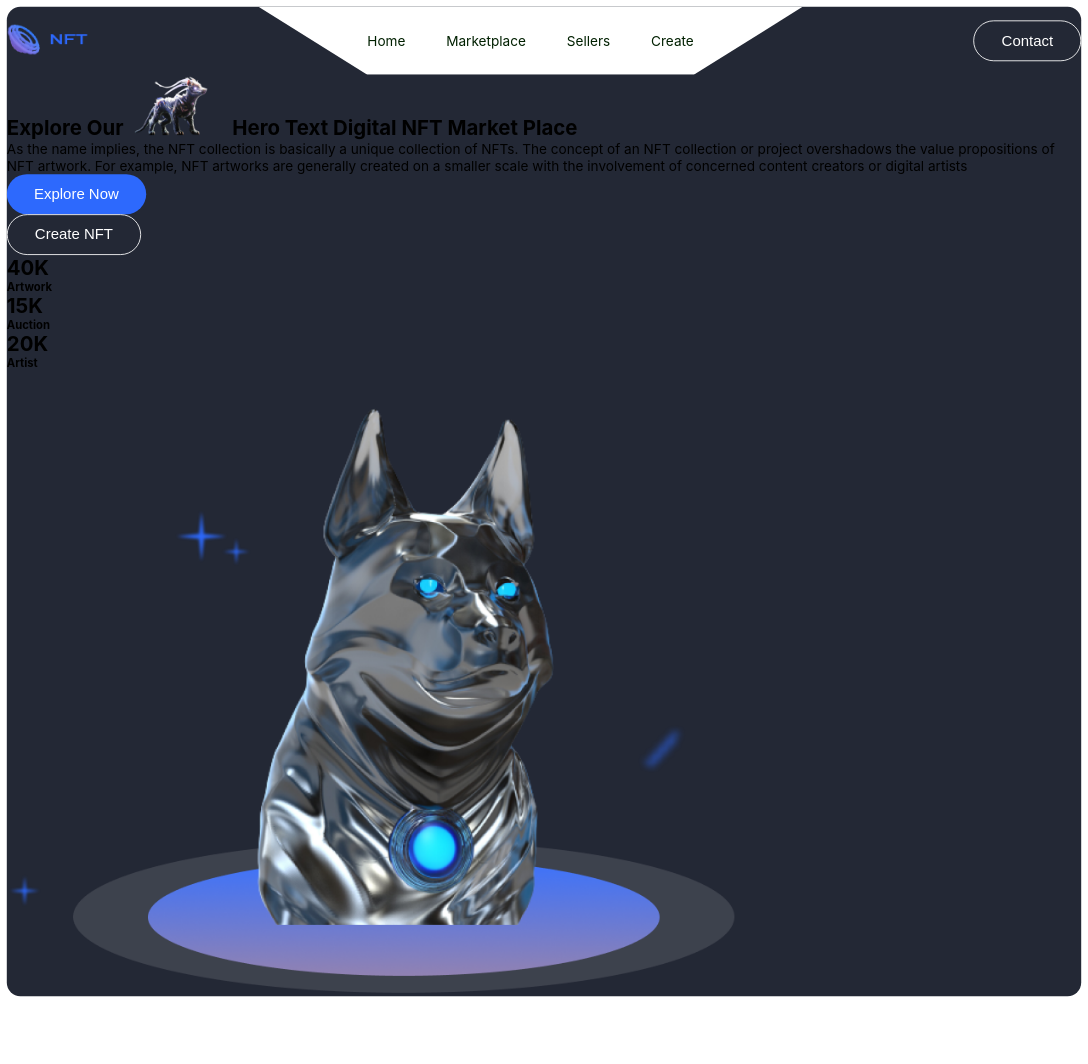
Repository: Ellisvelandia/NFT
Page: /
The author's editor kept a copy of each file at every save. The page is drawn from the files as they stood at one save, then again after the next save.
The browser window is 1280 px wide. The pictures show the whole page, at 85% of full size.
The project was rebuilt for these pictures with package versions that can differ from the ones it lists, and the page was loaded fresh each time.

Above is the page before, as saved 2022-08-21 15:16:17.

### src/index.css
* {
  margin: 0;
  padding: 0;
  box-sizing: border-box;
}

body {
  margin: 0;
  font-family: -apple-system, BlinkMacSystemFont, "Segoe UI", "Roboto", "Oxygen",
    "Ubuntu", "Cantarell", "Fira Sans", "Droid Sans", "Helvetica Neue",
    sans-serif;
  -webkit-font-smoothing: antialiased;
  -moz-osx-font-smoothing: grayscale;
}

html {
  scroll-behavior: smooth;
}

### src/App.js
import React from 'react'
import Home from './components/Home'

export default function App() {
  return (
    <div>
      <Home/>
    </div>
  )
}

### src/components/Home.jsx
import React from "react";
import Navbar from "./Navbar";
import styled from "styled-components";
import hero from "../assets/hero.png";
import heroText from "../assets/heroText.png";
import Button from "./Button";

export default function Home() {
  return (
    <Section>
      <Navbar />
      <div className="ellipse"></div>
      <div className="container">
        <div className="content">
          <h1>
            Explore Our
            <span>
              <img src={heroText} alt="hero text" />
            </span>
            Hero Text Digital NFT Market Place
          </h1>
          <p>
            As the name implies, the NFT collection is basically a unique
            collection of NFTs. The concept of an NFT collection or project
            overshadows the value propositions of NFT artwork. For example, NFT
            artworks are generally created on a smaller scale with the
            involvement of concerned content creators or digital artists
          </p>
          <div className="buttons">
            <Button blue text="Explore Now" />
            <Button text="Create NFT" />
          </div>
          <div className="data">
            <div className="dataTab">
              <h2>40K</h2>
              <h5>Artwork</h5>
            </div>
            <div className="dataTab">
              <h2>15K</h2>
              <h5>Auction</h5>
            </div>
            <div className="dataTab">
              <h2>20K</h2>
              <h5>Artist</h5>
            </div>
          </div>
        </div>
      </div>
      <div className="image">
        <img src={hero} alt="hero" />
      </div>
    </Section>
  );
}

const Section = styled.section`
  margin: 0.5rem;
  background-color: #232835;
  border-radius: 1rem;
  position:relative;
  overflow:hidden;
  margin-bottom:5rem;
  .ellipse {
    height:;3rem
  }
  `;

### src/components/Navbar.jsx
import React from "react";
import styled from "styled-components";
import logo from "../assets/logo.png";
import Button from "./Button";

export default function Navbar() {
  return (
    <Nav>
      <div className="brand">
        <img src={logo} alt="logo" />
      </div>
      <div className="toggle"></div>
      <div className="links">
        <ul>
          <li>
            <a href="#">Home</a>
          </li>
          <li>
            <a href="#">Marketplace</a>
          </li>
          <li>
            <a href="#">Sellers</a>
          </li>
          <li>
            <a href="#">Create</a>
          </li>
        </ul>
      </div>
      <Button text="Contact" />
    </Nav>
  );
}

const Nav = styled.nav`
  display: flex;
  justify-content: space-between;
  align-items: center;
  margin: 0 2 rem;
  .toggle {
    display: none;
  }
  .links {
    height: 4rem;
    display: flex;
    justify-conetent: center;
    align-items: center;
    background-color: white;
    clip-path: polygon(0 0, 100% 0, 80% 100%, 20% 100%);
    padding: 2.5rem 8rem;
    ul {
      display: flex;
      list-style-type: none;
      gap: 3rem;
      li {
        a {
          color:#002000;
          text-decoration:none;
          transition:0.4s ease-in-out;
          &:hover {
            color:#2d69fd;
          }
        }
      }
    }
  }
`;

### src/components/Button.jsx
import React from "react";
import styled from "styled-components";

export default function Button({ text, blue = false }) {
  return (
    <Div>
      <button className={`${blue ? "blue" : ""}`}>{text}</button>
    </Div>
  );
}

const Div = styled.div`
  button {
    border-radius: 4rem;
    padding: 0.8rem 2rem;
    border: none;
    color: white;
    font-size: 1.1rem;
    cursor: pointer;
    :not(.blue) {
      background-color: transparent;
      border: 1px solid white;
    }
  }
  .blue {
    background-color: #2d69fd;
  }
`;

Loaded but not shown: public/index.html (common file); src/index.js (common file)

After the next save:
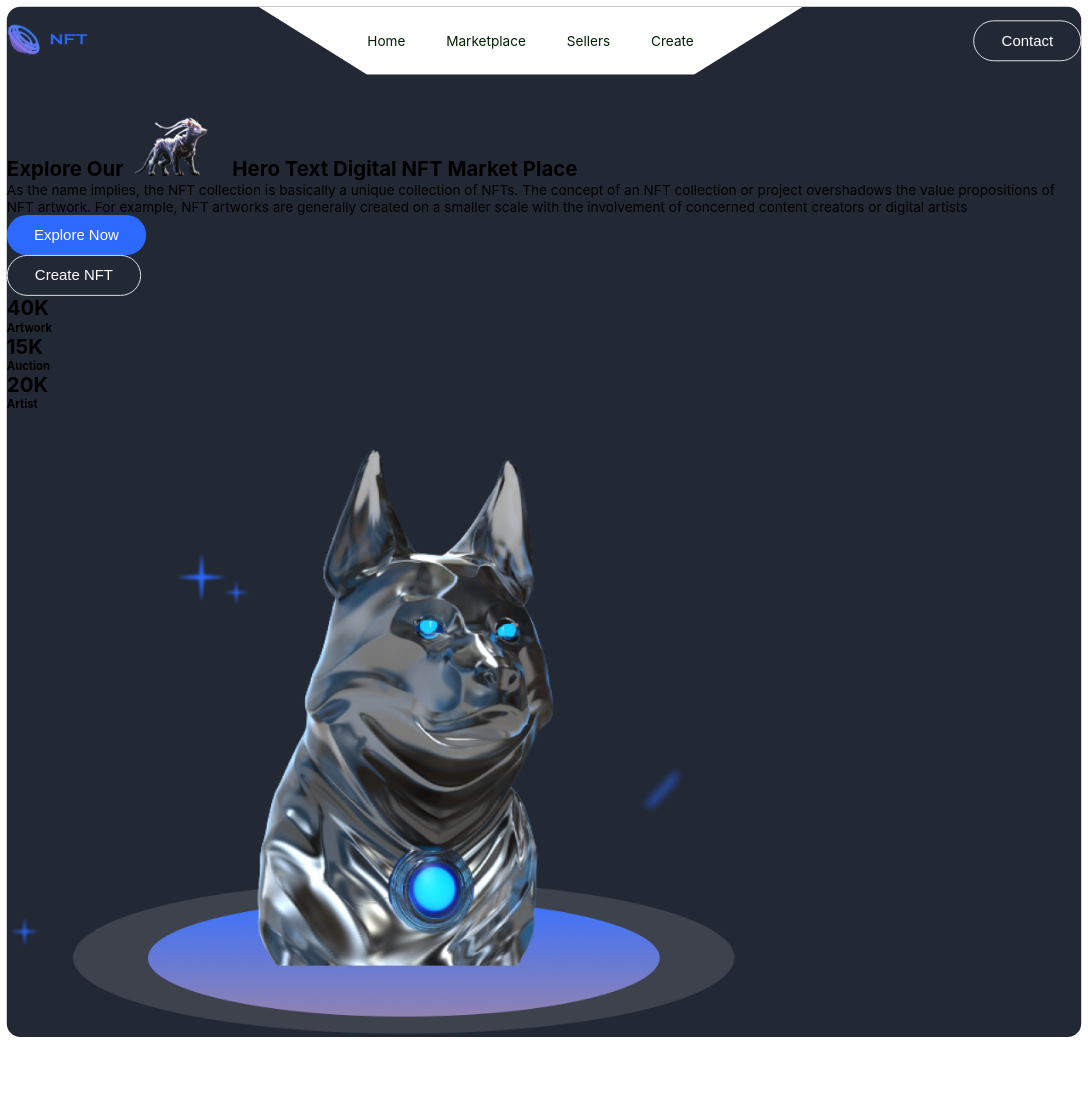
Saved 5 s later.
--- a/src/components/Home.jsx
+++ b/src/components/Home.jsx
@@ -61,6 +61,6 @@
   overflow:hidden;
   margin-bottom:5rem;
   .ellipse {
-    height:;3rem
+    height:3rem;
   }
   `;
